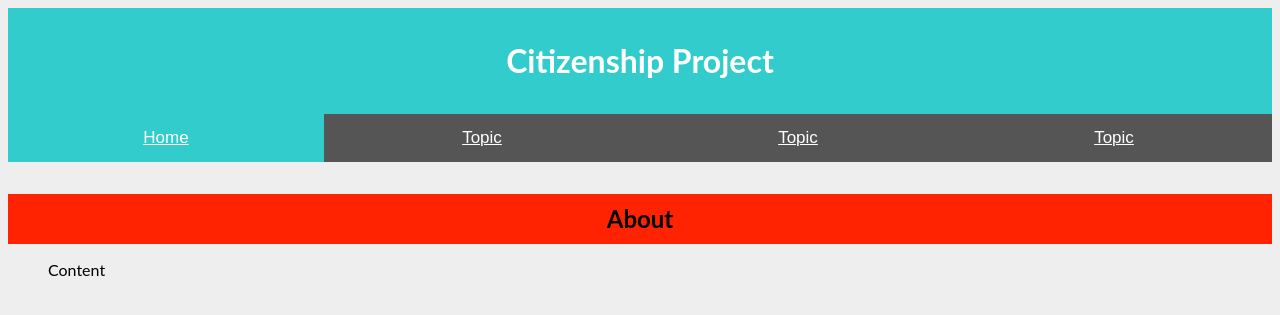
Repository: celrod1/ITIS2211
Page: Index.html
The author's editor kept a record of every edit. The page is drawn from the files as they stood at one moment, then again after the next edit.
The browser window is 1280 px wide. The pictures show the whole page.

Above is the page before.

### Index.html
<!DOCTYPE html>
<html>
<head>

<style>
body {font-family: "Lato", sans-serif;}

.tablink {
  background-color: #555;
  color: white;
  float: left;
  border: none;
  outline: none;
  cursor: pointer;
  padding: 14px 16px;
  font-size: 17px;
  width: 25%;
}

.tablink:hover {
  background-color: #777;
}

.tabcontent {
  color: white;
  display: none;
  padding: 12px;
  text-align: center;
}

#Home {background-color:#33cccc;}
#Topic {background-color:#ff4d4d;}
#Topic {background-color:#c653c6;}
#Topic {background-color:#ffb84d;}
</style>
</head>
<body>


<div id="Home" class="tabcontent">
    <h1>Citizenship Project</h1>
</div>

<div id="Topic" class="tabcontent">
  <h1>Citizenship Project</h1>
</div>

<div id="Topic" class="tabcontent">
  <h1>Citizenship Project</h1>
</div>

<div id="Topic" class="tabcontent">
  <h1>Citizenship Project</h1>
</div>

<button class="tablink" onclick="openTab('Home', this, '#33cccc')" id="defaultOpen"><a href = "" style = "color:white">Home</a></button>
<button class="tablink" onclick="openTab('Topic', this, '#ff4d4d')" ><a href = ""  style = "color:white">Topic</a></button>
<button class="tablink" onclick="openTab('Topic', this, '#c653c6')"><a href = ""  style = "color:white">Topic</a></button>
<button class="tablink" onclick="openTab('Topic', this, '#ffb84d')"><a href = ""  style = "color:white">Topic</a></button>

<script>
function openTab(name,elmnt,color) {
  var i, tabcontent, tablinks;
  tabcontent = document.getElementsByClassName("tabcontent");
  for (i = 0; i < tabcontent.length; i++) {
    tabcontent[i].style.display = "none";
  }
  tablinks = document.getElementsByClassName("tablink");
  for (i = 0; i < tablinks.length; i++) {
    tablinks[i].style.backgroundColor = "";
  }
  document.getElementById(name).style.display = "block";
  elmnt.style.backgroundColor = color;


}
// Get the element with id="defaultOpen" and click on it
document.getElementById("defaultOpen").click();
</script>


</body>
</html>
<html>

	<head>
		<meta charset="UTF-8">
		<title>Citizenship Project</title>
  	</head>

  	<body bgcolor = "#EFEEEE";>
		<div style = "Background-color: #EFEEEE; height: 60px; scroll-direction: horizontal;">
		</div>
		<div style = "Background-color: #FF2301; height: 50px; scroll-direction: horizontal;">
		<h2 style = "text-align:center; padding: 10px">About</h2></div>
		<p style = "padding-left: 40px; padding-right: 40px">
			Content

		</p>
  		</div>
  	</body>
</html>

After the next edit:
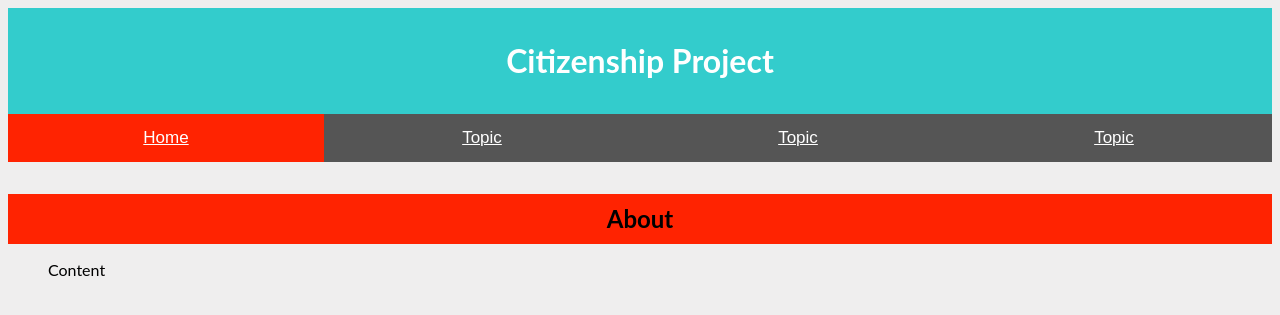
The edit:
--- a/Index.html
+++ b/Index.html
@@ -53,7 +53,7 @@
   <h1>Citizenship Project</h1>
 </div>
 
-<button class="tablink" onclick="openTab('Home', this, '#33cccc')" id="defaultOpen"><a href = "" style = "color:white">Home</a></button>
+<button class="tablink" onclick="openTab('Home', this, '#FF2301')" id="defaultOpen"><a href = "" style = "color:white">Home</a></button>
 <button class="tablink" onclick="openTab('Topic', this, '#ff4d4d')" ><a href = ""  style = "color:white">Topic</a></button>
 <button class="tablink" onclick="openTab('Topic', this, '#c653c6')"><a href = ""  style = "color:white">Topic</a></button>
 <button class="tablink" onclick="openTab('Topic', this, '#ffb84d')"><a href = ""  style = "color:white">Topic</a></button>
